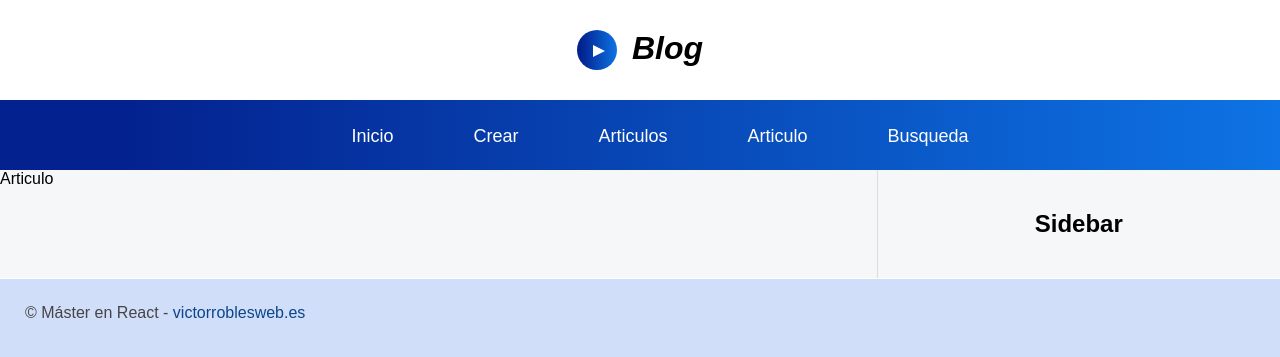
Repository: DamianBermudez94/frondEnd-blog
Page: /articulo
The author's editor kept a copy of each file at every save. The page is drawn from the files as they stood at one save, then again after the next save.
The browser window is 1280 px wide. The pictures show the whole page.
The project was rebuilt for these pictures with package versions that can differ from the ones it lists, and the page was loaded fresh each time. Also part of the build but not shown: vite.config.js, src/components/pages/Inicio.jsx, src/components/pages/Busqueda.jsx, src/components/pages/Crear.jsx, src/components/pages/Articulos.jsx.

Above is the page before, as saved 2023-08-07 22:53:46.

### index.html
<!doctype html>
<html lang="es">
  <head>
    <meta charset="UTF-8" />
    <link rel="icon" type="image/svg+xml" href="/vite.svg" />
    <meta name="viewport" content="width=device-width, initial-scale=1.0" />
    <title>Proyecto-blog</title>
  </head>
  <body>
    <div id="root"></div>
    <script type="module" src="/src/main.jsx"></script>
  </body>
</html>

### src/main.jsx

import ReactDOM from 'react-dom/client'
import App from './App.jsx'
import './index.css'

ReactDOM.createRoot(document.getElementById('root')).render(

    <App />

)

### src/App.jsx
import { Rutas } from "./router/rutas"



function App() {


  return (
    <div className="layout">
      <Rutas></Rutas>
    </div>
  )
}

export default App

### src/index.css
/*:root {
  font-family: Inter, system-ui, Avenir, Helvetica, Arial, sans-serif;
  line-height: 1.5;
  font-weight: 400;

  color-scheme: light dark;
  color: rgba(255, 255, 255, 0.87);
  background-color: #242424;

  font-synthesis: none;
  text-rendering: optimizeLegibility;
  -webkit-font-smoothing: antialiased;
  -moz-osx-font-smoothing: grayscale;
  -webkit-text-size-adjust: 100%;
}

a {
  font-weight: 500;
  color: #646cff;
  text-decoration: inherit;
}
a:hover {
  color: #535bf2;
}

body {
  margin: 0;
  display: flex;
  place-items: center;
  min-width: 320px;
  min-height: 100vh;
}

h1 {
  font-size: 3.2em;
  line-height: 1.1;
}

button {
  border-radius: 8px;
  border: 1px solid transparent;
  padding: 0.6em 1.2em;
  font-size: 1em;
  font-weight: 500;
  font-family: inherit;
  background-color: #1a1a1a;
  cursor: pointer;
  transition: border-color 0.25s;
}
button:hover {
  border-color: #000bdb;
}
button:focus,
button:focus-visible {
  outline: 4px auto -webkit-focus-ring-color;
}

@media (prefers-color-scheme: light) {
  :root {
    color: #213547;
    background-color: #ffffff;
  }
  a:hover {
    color: #000dff;
  }
  button {
    background-color: #f9f9f9;
  }
}*/


/*ESTILOS GENERALES*/

body{
  background: #d1defa;
  font-family: sans-serif, Arial, Helvetica;
  text-align: center;
  padding: 0px;
  margin: 0px;
  box-sizing: border-box;

}

.layout{


  display: grid;
  grid-template-areas:
      "header header header header"
      "nav nav nav nav"
      "content content content lateral"
      "footer footer footer footer"
  ;
  grid-template-rows: 100px 70px auto 70px;
}

/*ESTILOS CABECERA*/

.header{
  grid-area: header;
  width: 100%;
  background: white;
  text-align: left;
  font-style: italic;

  display: flex;
  justify-content: center;
}

.logo{
  background: linear-gradient(90deg, #03228f 10%, #0e73e4 100%);
  width: 40px;
  height: 40px;
  border-radius: 300px;
  margin-top: 30px;
}

.play{
  width: 0;
  height: 0;
  margin-top: 15px;
  margin-left: 16px;
  border-left: 12px solid white;
  border-top: 6px solid transparent;
  border-bottom: 6px solid transparent;
}

.header h1{
  margin-left: 15px;
  margin-top: 30px;
}

/*ESTILOS DE LA BARRA DE NAVEGACIÓN*/

.nav{
  grid-area: nav;
  background: linear-gradient(90deg, #03228f 10%, #0e73e4 100%);
}

.nav > ul {
  display: flex;
  justify-content: center;
  align-items: center;
  list-style: none;
}

.nav li{
  padding: 10px;
}

.nav a {
  display: block;
  margin-left: 30px;
  margin-right: 30px;
  font-size: 18px;
  font-weight: lighter;
  color: white;
  text-decoration: none;
  transition: all 300ms;
}

.nav a:hover{
  transform: scale(1.1, 1.1);
}

/*ESTILOS PARA EL CONTENIDO PRINCIPAL*/

.content{
  grid-area: content;
  background: #f6f7f9;
  display: flex;
  flex-flow: row wrap;
  justify-content: flex-start;
  align-items: flex-start;
  flex-grow: 1;
}

.articulo-item{
  flex-grow: 1;
  background: white;
  border-radius: 10px;
  box-shadow: 0px 0px 6px #ddd;
  margin: 20px;
  padding-top: 60px;
  padding-bottom: 60px;
  padding-left: 25px;
  padding-right: 25px;
}
.articulo-item .edit{
  margin-right: 7px;
}
button,
input[type="submit"],
input[type="button"]{
  width: 100px;
  background: #0b70e1;
  color: white;
  border: 0;
  outline: 0;
  padding:15px;
  border-radius: 3px;
  margin-top:15px;
  text-transform: capitalize;
  font-size: 16px;
  font-weight: 500;
  cursor: pointer;
  transition: all 300ms;
}

.articulo-item .edit:hover{
  background: #e77b00;
}

.articulo-item .delete:hover{
  background: #9b0202;
}

/*ESTILOS BARRA LATERAL*/

.lateral{
  grid-area: lateral;
  background: #f6f7f9;
  border-left: 1px solid #ddd;
  padding: 20px;
}

.lateral > div{
  box-sizing: border-box;
  width: 90%;
  margin: 20px;
  padding: 20px;
  padding-top: 10px;
  background: white;
  border-radius: 10px;
  box-shadow: 0px 0px 6px #ddd;
}

.lateral input[type="text"],
.lateral input[type="text"],
.lateral textarea,
.edit_form input[type="text"],
.edit_form input[type="text"],
.edit_form textarea
{
  display: block;
  margin: 0 auto;
  margin-top: 15px;
  padding: 12px;
  border-radius: 5px;
  background: #f6f7f9;
  color: #454545;
  width: 80%;
  max-width: 250px;
  min-width: 250px;
  min-height: 30px;
  max-height: 250px;
  opacity: 4;
  outline: 0;
  border-color: transparent;
}
.no-encontrado{
  color: #9b0202;
}
.edit_form{
  border-top: 1px solid #ddd;
  margin-top: 10px;
}

/*ESTILOS PARA EL PIE DE PÁGINA*/
.footer{
  grid-area: footer;

  background: #d1defa;
  color: #454545;
  border-top: 1px solid white;
  text-align: left;
  line-height: 68px;
  padding-left: 25px;
}

.footer a{
  color: #0b468a;
  text-decoration: none;
}

@media (max-width: 1085px){
  .content {
      flex-flow: column wrap;
      justify-content: center;
      align-items: center;
  }

  .articulo-item{
      width: 80%;
  }
}

### src/router/rutas.jsx
import React from "react";
import { BrowserRouter, Routes, Route, Navigate } from "react-router-dom";
import { Inicio } from "../components/pages/Inicio";
import { Busqueda } from "../components/pages/Busqueda";
import { Crear } from "../components/pages/Crear";
import Articulos from "../components/pages/Articulos";
import { Articulo } from "../components/pages/Articulo";
import { Header } from "../components/layout/Header";
import { Nav } from "../components/layout/Nav";
import { Footer } from "../components/layout/Footer";
import { Sidebar } from "../components/layout/Sidebar";


export const Rutas = ()=>{

    return(

        <BrowserRouter>
            {/*Layout*/}
            <Header></Header>
            <Nav></Nav>
            {/*Contenido principal y rutas*/}
            <section id="content" className="content">
                <Routes>
                    <Route path="/" element={<Inicio/>}/>
                    <Route path="/inicio" element={<Inicio/>}/>
                    <Route path="/busqueda" element={<Busqueda/>}/>
                    <Route path="/crear" element={<Crear/>}/>
                    <Route path="/articulos" element={<Articulos/>}/>
                    <Route path="/articulo" element={<Articulo/>}/>
                </Routes>
            </section>
            <Sidebar/>
            <Footer></Footer>
        </BrowserRouter>

    )

}

### src/components/pages/Articulo.jsx
import React from 'react'

export const Articulo = () => {
  return (
    <div>Articulo</div>
  )
}

### src/components/layout/Header.jsx
import React from 'react'

export const Header = () => {
  return (

         <header className="header">
            <div className="logo">
                <div className="play"></div>
            </div>

            <h1>Blog</h1>
        </header>

  )
}

### src/components/layout/Nav.jsx
import React from 'react'
import { NavLink } from 'react-router-dom'

export const Nav = () => {
  return (

           <nav className="nav">
            <ul>
                <li><NavLink to="/#">Inicio</NavLink></li>
                <li><NavLink to="/crear">Crear</NavLink></li>
                <li><NavLink to="/articulos">Articulos</NavLink></li>
                <li><NavLink to="/articulo">Articulo</NavLink></li>
                <li><NavLink to="/busqueda">Busqueda</NavLink></li>

            </ul>
        </nav>

  )
}

### src/components/layout/Footer.jsx
import React from 'react'

export const Footer = () => {
  return (

         <footer className="footer">
            &copy; Máster en React - <a href="https://victorroblesweb.es">victorroblesweb.es</a>
        </footer>

  )
}

### src/components/layout/Sidebar.jsx
import React from 'react'

export const Sidebar = () => {
  return (
        <aside className="lateral">

            <h1>Sidebar</h1>

        </aside>

  )
}

After the next save:
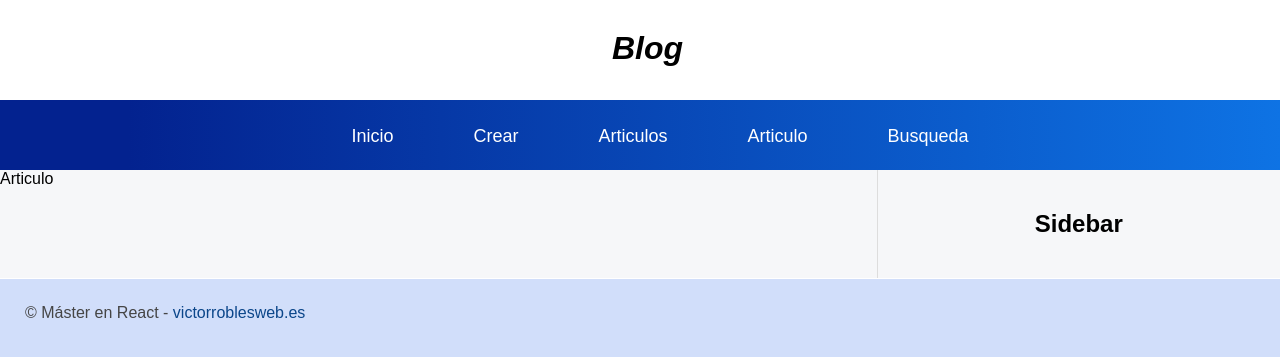
Saved 29 s later.
--- a/src/index.css
+++ b/src/index.css
@@ -82,8 +82,6 @@ body{
 }
 
 .layout{
-
-
   display: grid;
   grid-template-areas:
       "header header header header"
@@ -107,23 +105,7 @@ body{
   justify-content: center;
 }
 
-.logo{
-  background: linear-gradient(90deg, #03228f 10%, #0e73e4 100%);
-  width: 40px;
-  height: 40px;
-  border-radius: 300px;
-  margin-top: 30px;
-}
-
-.play{
-  width: 0;
-  height: 0;
-  margin-top: 15px;
-  margin-left: 16px;
-  border-left: 12px solid white;
-  border-top: 6px solid transparent;
-  border-bottom: 6px solid transparent;
-}
+
 
 .header h1{
   margin-left: 15px;
